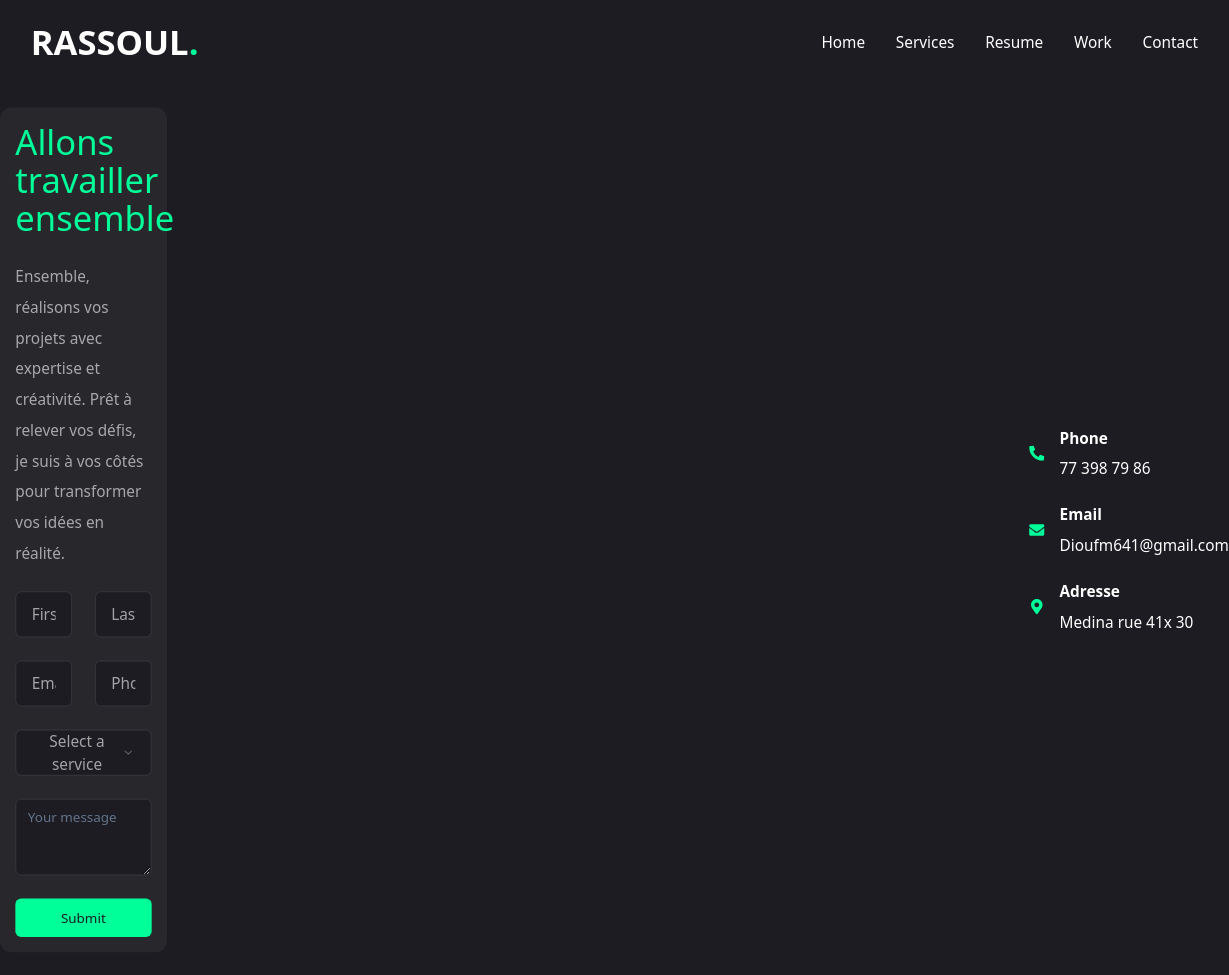
Repository: MDiouf9/portfolio2
Page: /contact
An editor plug-in stored every save of this project. The page is shown before and after a run of saves, followed by the edit.
The browser window is 1280 px wide. The pictures show the whole page, at 96% of full size.
The project was rebuilt for these pictures with package versions that can differ from the ones it lists, and the page was loaded fresh each time. The framework's server and built-in components were replaced by stand-ins that run in the browser. Also part of the build but not shown: next.config.mjs.

Above is the page before, as saved 2024-10-16 00:02:41.

### src/app/contact/page.tsx
"use client"
import { Button } from '@/components/ui/button';
import { Input } from '@/components/ui/input';
import { Textarea } from '@/components/ui/textarea';
import {
  Select,
  SelectContent,
  SelectGroup,
  SelectItem,
  SelectLabel,
  SelectTrigger,
  SelectValue
} from '@/components/ui/select';
import { FaPhoneAlt, FaEnvelope, FaMapMarkerAlt } from 'react-icons/fa';
import { motion } from 'framer-motion';

const info = [
  {
    icon: <FaPhoneAlt />,
    title: 'Phone',
    description: '77 398 79 86'
  },
  {
    icon: <FaEnvelope />,
    title: 'Email',
    description: 'Dioufm641@gmail.com'
  },
  {
    icon: <FaMapMarkerAlt />,
    title: 'Adresse',
    description: 'Medina rue 41x 30'
  }
];

const Contact = () => {
  return (
    <motion.section
      initial={{ opacity: 0 }}
      animate={{
        opacity: 1,
        transition: { delay: 2.4, duration: 0.4, ease: 'easeIn' },
      }}
      className="py-6"
    >
      <div className="w-full">
        <div className="flex flex-col   xl:flex-row gap-[30px]">
          {/* Formulaire de contact */}
          <div className="  xl:h-[54%] order-2  xl:order-none ">
            <form className="flex flex-col w-1/6 gap-6 p-4 bg-[#27272c] rounded-xl ">
              <h3 className="text-4xl text-accent"> Allons travailler ensemble</h3>
              <p className="text-white/60">


Ensemble, réalisons vos projets avec expertise et créativité. Prêt à relever vos défis, je suis à vos côtés pour transformer vos idées en réalité.
              </p>
              <div className="grid grid-cols-1 md:grid-cols-2 gap-6">
                <Input type="text" placeholder="Firstname" />
                <Input type="text" placeholder="Lastname" />
                <Input type="email" placeholder="Email Address" />
                <Input type="tel" placeholder="Phone" />
              </div>
              <Select>
                <SelectTrigger className="w-full">
                  <SelectValue placeholder="Select a service" />
                </SelectTrigger>
                <SelectContent>
                  <SelectGroup>
                    <SelectLabel>Select a service</SelectLabel>
                    <SelectItem value="est">Web Development</SelectItem>
                    <SelectItem value="cst">Mobile Development</SelectItem>
                  </SelectGroup>
                </SelectContent>
              </Select>
              <Textarea className='h-[200px]:' placeholder="Your message" />
              <Button>Submit</Button>
            </form>
          </div>

          {/* Section avec les informations de contact */}
          <div className="flex-1 flex items-center xl:justify-end order-1 xl:order-none mb-8 xl:mb-0">
            <div className="space-y-4 text-white">
              {info.map((item, index) => (
                <div key={index} className="flex items-center space-x-4">
                  <div className="text-accent">{item.icon}</div>
                  <div>
                    <h4 className="font-bold">{item.title}</h4>
                    <p>{item.description}</p>
                  </div>
                </div>
              ))}
            </div>
          </div>
        </div>
      </div>
    </motion.section>
  );
};

export default Contact;

### src/components/Header.tsx
import Link from 'next/link';
import { Button } from './ui/button';
import React from 'react';
import Nav from './Nav';
import MobileNav from './MobileNav';

const Header = () => {
  return (
    <header className='bg-dark py-3 xl:py-6 text-white w-full'>
      {/* Wrapper pour le contenu du header */}
      <div className='flex items-center justify-between px-4 md:px-8'>
        {/* Logo */}
        <Link href="/">
          <h1 className='text-3xl md:text-4xl font-semibold'>
            RASSOUL<span className='text-accent'>.</span>
          </h1>
        </Link>

        {/* Menu de navigation pour les grands écrans */}
        <div className="hidden xl:flex items-center gap-8">
          <Nav />
          {/* <Link href="/Contact">
            <Button>Hire Me</Button>
          </Link> */}
        </div>

        {/* Menu mobile (uniquement visible sur petits écrans) */}
        <div className='xl:hidden'>
          <MobileNav />
        </div>
      </div>
    </header>
  );
};

export default Header;

### src/components/ui/button.tsx
import * as React from "react";
import { Slot } from "@radix-ui/react-slot";
import { cva, type VariantProps } from "class-variance-authority";

import { cn } from "@/lib/utils";

// Définit les variantes directement dans l'objet variants
const buttonVariants = cva(
  "inline-flex items-center justify-center whitespace-nowrap rounded-md text-sm font-medium ring-offset-white transition-colors focus-visible:outline-none focus-visible:ring-2 focus-visible:ring-slate-950 focus-visible:ring-offset-2 disabled:pointer-events-none disabled:opacity-50 dark:ring-offset-slate-950 dark:focus-visible:ring-slate-300",
  {
    variants: {
      variant: {
        default: "bg-accent text-primary hover:bg-accent-hover",
        outline: "border border-slate-300 text-slate-700 hover:bg-accent-hover",
      },
      size: {
        default: "h-10 px-4 py-2",
        sm: "h-9 rounded-md px-3",
        lg: "h-11 rounded-md px-8",
        icon: "h-10 w-10",
      },
    },
    defaultVariants: {
      variant: "default",
      size: "default",
    },
  }
);

// Interface ButtonProps
export interface ButtonProps
  extends React.ButtonHTMLAttributes<HTMLButtonElement>,
    VariantProps<typeof buttonVariants> {
  asChild?: boolean;
}

const Button = React.forwardRef<HTMLButtonElement, ButtonProps>(
  ({ className, variant, size, asChild = false, ...props }, ref) => {
    const Comp = asChild ? Slot : "button";
    return (
      <Comp
        className={cn(buttonVariants({ variant, size, className }))}
        ref={ref}
        {...props}
      />
    );
  }
);
Button.displayName = "Button";

export { Button, buttonVariants };

### src/components/ui/input.tsx
import * as React from "react"

import { cn } from "@/lib/utils"

export interface InputProps
  extends React.InputHTMLAttributes<HTMLInputElement> {}

const Input = React.forwardRef<HTMLInputElement, InputProps>(
  ({ className, type, ...props }, ref) => {
    return (
      <input
        type={type}
        className={cn( 'flex h-[48px] rounded-md border border-white/10 focus:border-accent font-light bg-primary px-4 py-5  text-base placeholder:text-white/60 outline-none',

          className
        )}
        ref={ref}
        {...props}
      />
    )
  }
)
Input.displayName = "Input"

export { Input }

### src/components/ui/textarea.tsx
import * as React from "react"

import { cn } from "@/lib/utils"

export interface TextareaProps
  extends React.TextareaHTMLAttributes<HTMLTextAreaElement> {}

const Textarea = React.forwardRef<HTMLTextAreaElement, TextareaProps>(
  ({ className, ...props }, ref) => {
    return (
      <textarea
        className={cn(
          "flex min-h-[80px] w-full rounded-md border border-white/10 bg-primary px-3 py-2 text-sm ring-offset-white placeholder:text-slate-500 focus-visible:outline-none focus-visible:ring-2 focus-visible:ring-accent focus-visible:ring-offset-2 disabled:cursor-not-allowed disabled:opacity-50 dark:border-slate-800 dark:bg-slate-950 dark:ring-offset-slate-950 dark:placeholder:text-slate-400 dark:focus-visible:ring-slate-300",
          className
        )}
        ref={ref}
        {...props}
      />
    )
  }
)
Textarea.displayName = "Textarea"

export { Textarea }

### src/components/ui/select.tsx
"use client"

import * as React from "react"
import * as SelectPrimitive from "@radix-ui/react-select"
import { Check, ChevronDown, ChevronUp } from "lucide-react"

import { cn } from "@/lib/utils"

const Select = SelectPrimitive.Root

const SelectGroup = SelectPrimitive.Group

const SelectValue = SelectPrimitive.Value

const SelectTrigger = React.forwardRef<
  React.ElementRef<typeof SelectPrimitive.Trigger>,
  React.ComponentPropsWithoutRef<typeof SelectPrimitive.Trigger>
>(({ className, children, ...props }, ref) => (
  <SelectPrimitive.Trigger
    ref={ref}
    className={cn(
      "flex h-[48px] w-full items-center justify-between rounded-md border border-white/10 bg-primary px-4 py-5 text-base text-white/60 placeholder:text-white/10 focus:outline-none focus:ring-2 focus:border-accent outline-none",
      className
    )}
    {...props}
  >
    {children}
    <SelectPrimitive.Icon asChild>
      <ChevronDown className="h-4 w-4 opacity-50" />
    </SelectPrimitive.Icon>
  </SelectPrimitive.Trigger>
))
SelectTrigger.displayName = SelectPrimitive.Trigger.displayName

const SelectScrollUpButton = React.forwardRef<
  React.ElementRef<typeof SelectPrimitive.ScrollUpButton>,
  React.ComponentPropsWithoutRef<typeof SelectPrimitive.ScrollUpButton>
>(({ className, ...props }, ref) => (
  <SelectPrimitive.ScrollUpButton
    ref={ref}
    className={cn(
      "flex cursor-default items-center justify-center py-1",
      className
    )}
    {...props}
  >
    <ChevronUp className="h-4 w-4" />
  </SelectPrimitive.ScrollUpButton>
))
SelectScrollUpButton.displayName = SelectPrimitive.ScrollUpButton.displayName

const SelectScrollDownButton = React.forwardRef<
  React.ElementRef<typeof SelectPrimitive.ScrollDownButton>,
  React.ComponentPropsWithoutRef<typeof SelectPrimitive.ScrollDownButton>
>(({ className, ...props }, ref) => (
  <SelectPrimitive.ScrollDownButton
    ref={ref}
    className={cn(
      "flex cursor-default items-center justify-center py-1",
      className
    )}
    {...props}
  >
    <ChevronDown className="h-4 w-4" />
  </SelectPrimitive.ScrollDownButton>
))
SelectScrollDownButton.displayName =
  SelectPrimitive.ScrollDownButton.displayName

const SelectContent = React.forwardRef<
  React.ElementRef<typeof SelectPrimitive.Content>,
  React.ComponentPropsWithoutRef<typeof SelectPrimitive.Content>
>(({ className, children, position = "popper", ...props }, ref) => (
  <SelectPrimitive.Portal>
    <SelectPrimitive.Content
      ref={ref}
      className={cn(
        "relative z-50 max-h-96 min-w-[8rem] overflow-hidden rounded-md border border-accent bg-primary text-white/60 shadow-md data-[state=open]:animate-in data-[state=closed]:animate-out data-[state=closed]:fade-out-0 data-[state=open]:fade-in-0 data-[state=closed]:zoom-out-95 data-[state=open]:zoom-in-95 data-[side=bottom]:slide-in-from-top-2 data-[side=left]:slide-in-from-right-2 data-[side=right]:slide-in-from-left-2 data-[side=top]:slide-in-from-bottom-2 dark:border-slate-800 dark:bg-slate-950 dark:text-slate-50",
        position === "popper" &&
          "data-[side=bottom]:translate-y-1 data-[side=left]:-translate-x-1 data-[side=right]:translate-x-1 data-[side=top]:-translate-y-1",
        className
      )}
      position={position}
      {...props}
    >
      <SelectScrollUpButton />
      <SelectPrimitive.Viewport
        className={cn(
          "p-1",
          position === "popper" &&
            "h-[var(--radix-select-trigger-height)] w-full min-w-[var(--radix-select-trigger-width)]"
        )}
      >
        {children}
      </SelectPrimitive.Viewport>
      <SelectScrollDownButton />
    </SelectPrimitive.Content>
  </SelectPrimitive.Portal>
))
SelectContent.displayName = SelectPrimitive.Content.displayName

const SelectLabel = React.forwardRef<
  React.ElementRef<typeof SelectPrimitive.Label>,
  React.ComponentPropsWithoutRef<typeof SelectPrimitive.Label>
>(({ className, ...props }, ref) => (
  <SelectPrimitive.Label
    ref={ref}
    className={cn("py-1.5 pl-8 pr-2 text-sm font-semibold", className)}
    {...props}
  />
))
SelectLabel.displayName = SelectPrimitive.Label.displayName

const SelectItem = React.forwardRef<
  React.ElementRef<typeof SelectPrimitive.Item>,
  React.ComponentPropsWithoutRef<typeof SelectPrimitive.Item>
>(({ className, children, ...props }, ref) => (
  <SelectPrimitive.Item
    ref={ref}
    className={cn(
      "relative flex w-full cursor-default select-none items-center rounded-sm py-1.5 pl-8 pr-2 text-sm outline-none focus:bg-accent focus:text-slate-900 data-[disabled]:pointer-events-none data-[disabled]:opacity-50 dark:focus:bg-slate-800 dark:focus:text-accent",
      className
    )}
    {...props}
  >
    <span className="absolute left-2 flex h-3.5 w-3.5 items-center justify-center">
      <SelectPrimitive.ItemIndicator>
        <Check className="h-4 w-4" />
      </SelectPrimitive.ItemIndicator>
    </span>

    <SelectPrimitive.ItemText>{children}</SelectPrimitive.ItemText>
  </SelectPrimitive.Item>
))
SelectItem.displayName = SelectPrimitive.Item.displayName

const SelectSeparator = React.forwardRef<
  React.ElementRef<typeof SelectPrimitive.Separator>,
  React.ComponentPropsWithoutRef<typeof SelectPrimitive.Separator>
>(({ className, ...props }, ref) => (
  <SelectPrimitive.Separator
    ref={ref}
    className={cn("-mx-1 my-1 h-px bg-slate-100 dark:bg-slate-800", className)}
    {...props}
  />
))
SelectSeparator.displayName = SelectPrimitive.Separator.displayName

export {
  Select,
  SelectGroup,
  SelectValue,
  SelectTrigger,
  SelectContent,
  SelectLabel,
  SelectItem,
  SelectSeparator,
  SelectScrollUpButton,
  SelectScrollDownButton,
}

### src/components/Nav.tsx
"use client"
import React from 'react'
import Link from 'next/link'
import { usePathname } from 'next/navigation'



const links =[
        {
            name: "Home",
            path: "/",
        },
        {
            name: "Services",
            path: "/Services",
        },
        {
            name: "Resume",
            path: "/Resume",
        },
        {
            name: "work",
            path: "/Work",
        },
        {
            name: "Contact",
            path: "/Contact",
        },
    ]
 const Nav = () => {
  const  pathname = usePathname();
  return (
    <nav className=' flex gap-8'>
        {links.map((link,index) => {
            return (
                <Link href={link.path} key={index} className={`${link.path === pathname && "text-accent border-b-2 border-accent"} capitalize font-medium hover:text-accent transition-all`}>
                    {link.name}
                </Link>
            );
        })}

    </nav>
  );
}
export default Nav

### src/components/MobileNav.tsx
"use client";
import React from 'react'
import {Sheet ,  SheetContent, SheetTrigger, } from '@/components/ui/sheet'
import { usePathname } from 'next/navigation';
import Link from 'next/link';
import {CiMenuFries} from "react-icons/ci"

const links =[
  {
    name: "Home",
    path: "/",
},
{
    name: "Services",
    path: "/Services",
},
{
    name: "Resume",
    path: "/Resume",
},
{
    name: "work",
    path: "/Work",
},
{
    name: "Contact",
    path: "/Contact",
},
]

const MobileNav = () => {
  const pathname = usePathname();
  return (
    <Sheet>
<SheetTrigger className='flex justify-center items-center'>
  <CiMenuFries  className=' text-[32px] text-accent'/>
</SheetTrigger>
<SheetContent  className='flex flex-col'>

     <div className=' mt-32 mb-40 text-center txt-2xl'>
     <h1> MOUHAMED<span className='text-accent'>.</span> <em className='text-accent'>DIOUF</em></h1>

     </div>
     <nav className='flex flex-col justify-center items-center gap-8'>
{links.map((link,index)=>{
  return (
    <Link href={link.path} key={index} className={`${link.path === pathname && "text-accent border-b-2 border-accent"} capitalize font-medium hover:text-accent transition-all`}>
      {link.name}


    </Link>
  )
})

}
     </nav>
     </SheetContent>
    </Sheet>
  )
}

export default MobileNav

### src/components/ui/sheet.tsx
"use client"

import * as React from "react"
import * as SheetPrimitive from "@radix-ui/react-dialog"
import { cva, type VariantProps } from "class-variance-authority"
import {IoMdClose} from 'react-icons/io'

import { cn } from "@/lib/utils"

const Sheet = SheetPrimitive.Root

const SheetTrigger = SheetPrimitive.Trigger

const SheetClose = SheetPrimitive.Close

const SheetPortal = SheetPrimitive.Portal

const SheetOverlay = React.forwardRef<
  React.ElementRef<typeof SheetPrimitive.Overlay>,
  React.ComponentPropsWithoutRef<typeof SheetPrimitive.Overlay>
>(({ className, ...props }, ref) => (
  <SheetPrimitive.Overlay
    className={cn(
      "fixed inset-0 z-50 bg-black/80  data-[state=open]:animate-in data-[state=closed]:animate-out data-[state=closed]:fade-out-0 data-[state=open]:fade-in-0",
      className
    )}
    {...props}
    ref={ref}
  />
))
SheetOverlay.displayName = SheetPrimitive.Overlay.displayName

const sheetVariants = cva(
  "fixed z-50 gap-4 bg-primary p-6 shadow-lg transition ease-in-out data-[state=open]:animate-in data-[state=closed]:animate-out data-[state=closed]:duration-300 data-[state=open]:duration-500 dark:bg-slate-950",
  {
    variants: {
      side: {
        top: "inset-x-0 top-0 border-b data-[state=closed]:slide-out-to-top data-[state=open]:slide-in-from-top",
        bottom:
          "inset-x-0 bottom-0 border-t data-[state=closed]:slide-out-to-bottom data-[state=open]:slide-in-from-bottom",
        left: "inset-y-0 left-0 h-full w-3/4  data-[state=closed]:slide-out-to-left data-[state=open]:slide-in-from-left sm:max-w-sm",
        right:
          "inset-y-0 right-0 h-full w-3/4   data-[state=closed]:slide-out-to-right data-[state=open]:slide-in-from-right sm:max-w-sm",
      },
    },
    defaultVariants: {
      side: "right",
    },
  }
)

interface SheetContentProps
  extends React.ComponentPropsWithoutRef<typeof SheetPrimitive.Content>,
    VariantProps<typeof sheetVariants> {}

const SheetContent = React.forwardRef<
  React.ElementRef<typeof SheetPrimitive.Content>,
  SheetContentProps
>(({ side = "right", className, children, ...props }, ref) => (
  <SheetPortal>
    <SheetOverlay />
    <SheetPrimitive.Content
      ref={ref}
      className={cn(sheetVariants({ side }), className)}
      {...props}
    >
      {children}
      <SheetPrimitive.Close className="absolute right-4 top-4 rounded-sm opacity-70 ring-offset-white transition-opacity hover:opacity-100 focus:outline-none focus:ring-2 focus:ring-slate-950 focus:ring-offset-2 disabled:pointer-events-none data-[state=open]:bg-slate-100 dark:ring-offset-slate-950 dark:focus:ring-slate-300 dark:data-[state=open]:bg-slate-800">
        <IoMdClose className="text-3xl text-accent" />
        <span className="sr-only">Close</span>
      </SheetPrimitive.Close>
    </SheetPrimitive.Content>
  </SheetPortal>
))
SheetContent.displayName = SheetPrimitive.Content.displayName

const SheetHeader = ({
  className,
  ...props
}: React.HTMLAttributes<HTMLDivElement>) => (
  <div
    className={cn(
      "flex flex-col space-y-2 text-center sm:text-left",
      className
    )}
    {...props}
  />
)
SheetHeader.displayName = "SheetHeader"

const SheetFooter = ({
  className,
  ...props
}: React.HTMLAttributes<HTMLDivElement>) => (
  <div
    className={cn(
      "flex flex-col-reverse sm:flex-row sm:justify-end sm:space-x-2",
      className
    )}
    {...props}
  />
)
SheetFooter.displayName = "SheetFooter"

const SheetTitle = React.forwardRef<
  React.ElementRef<typeof SheetPrimitive.Title>,
  React.ComponentPropsWithoutRef<typeof SheetPrimitive.Title>
>(({ className, ...props }, ref) => (
  <SheetPrimitive.Title
    ref={ref}
    className={cn("text-lg font-semibold text-slate-950 dark:text-slate-50", className)}
    {...props}
  />
))
SheetTitle.displayName = SheetPrimitive.Title.displayName

const SheetDescription = React.forwardRef<
  React.ElementRef<typeof SheetPrimitive.Description>,
  React.ComponentPropsWithoutRef<typeof SheetPrimitive.Description>
>(({ className, ...props }, ref) => (
  <SheetPrimitive.Description
    ref={ref}
    className={cn("text-sm text-slate-500 dark:text-slate-400", className)}
    {...props}
  />
))
SheetDescription.displayName = SheetPrimitive.Description.displayName

export {
  Sheet,
  SheetPortal,
  SheetOverlay,
  SheetTrigger,
  SheetClose,
  SheetContent,
  SheetHeader,
  SheetFooter,
  SheetTitle,
  SheetDescription,
}

Loaded but not shown: src/app/layout.tsx (common file); src/app/globals.css (common file); src/lib/utils.ts (common file); tailwind.config.ts (common file)

After the next 3 saves:
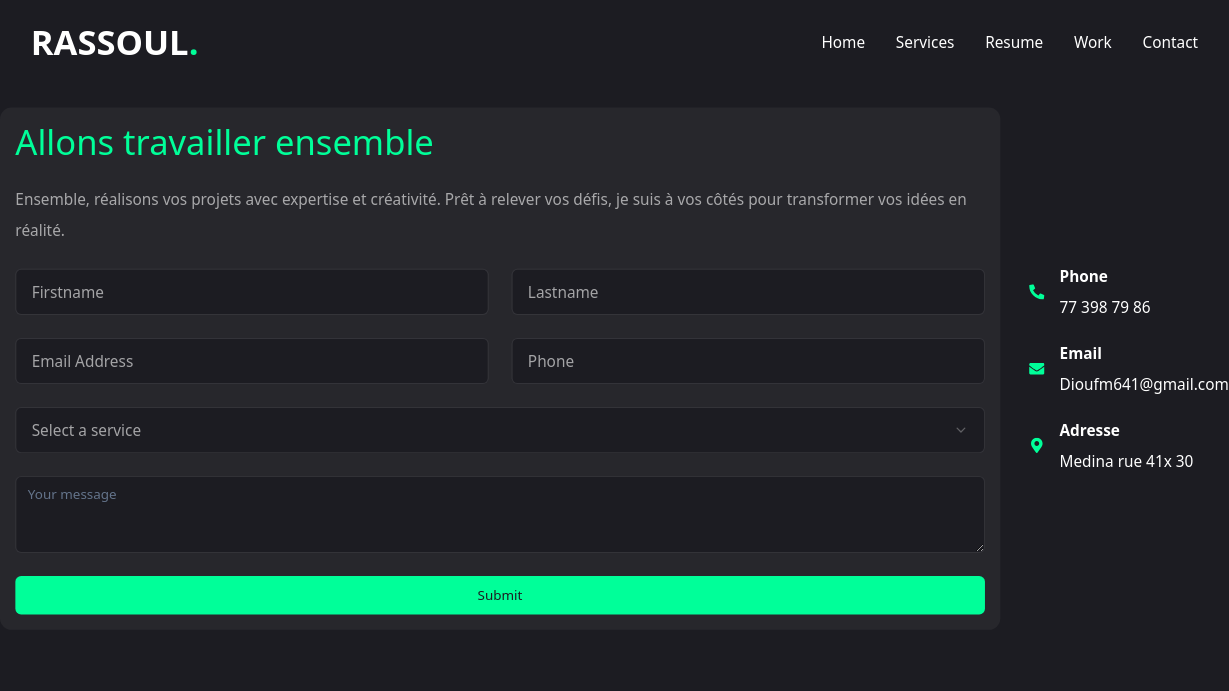
The 3 saves are shown as one change because they came seconds apart.
The last was saved 16 s later.
--- a/src/app/contact/page.tsx
+++ b/src/app/contact/page.tsx
@@ -46,7 +46,7 @@ const Contact = () => {
         <div className="flex flex-col   xl:flex-row gap-[30px]">
           {/* Formulaire de contact */}
           <div className="  xl:h-[54%] order-2  xl:order-none ">
-            <form className="flex flex-col w-1/6 gap-6 p-4 bg-[#27272c] rounded-xl ">
+            <form className="flex flex-col  gap-6 p-4 bg-[#27272c] rounded-xl ">
               <h3 className="text-4xl text-accent"> Allons travailler ensemble</h3>
               <p className="text-white/60">
 
